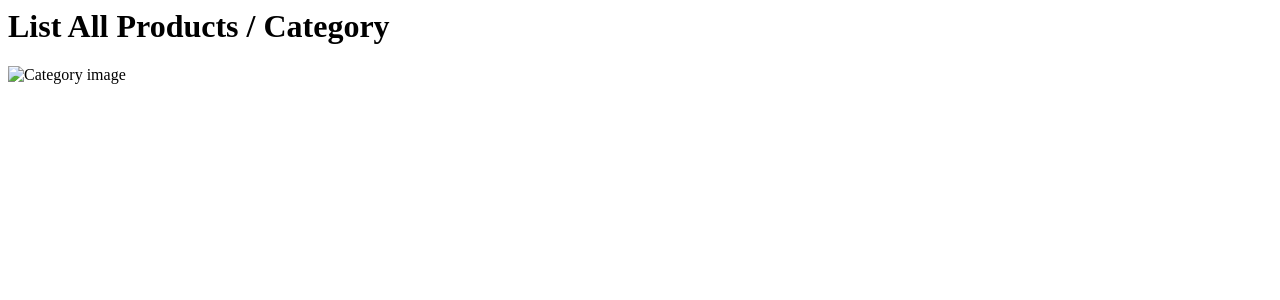
Repository: mealeaseng/SA_Project
Page: Admin/admin/src/Components/product/product.html
These files come from the project's save history. The page is drawn as it stood at one moment and after the next save; the edit follows.
The browser window is 1280 px wide. The pictures show the whole page.

Above is the page before, as saved 2025-11-07 12:32:14.

### Admin/admin/src/Components/product/product.html
<div>
  <h1>List All Products / Category</h1>
</div>

<div>
  <img src="" alt="Category image" />
</div>

After the next save:
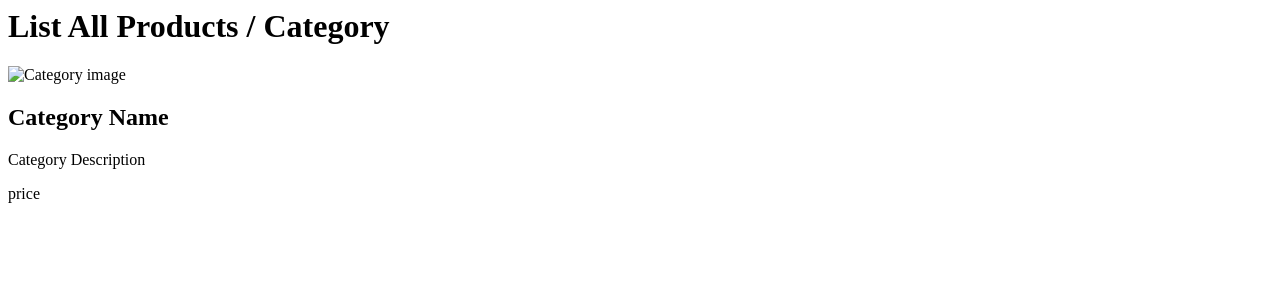
Saved 19 s later.
--- a/Admin/admin/src/Components/product/product.html
+++ b/Admin/admin/src/Components/product/product.html
@@ -4,4 +4,7 @@
 
 <div>
   <img src="" alt="Category image" />
+  <h2>Category Name</h2>
+  <p>Category Description</p>
+  <p>price</p>
 </div>
